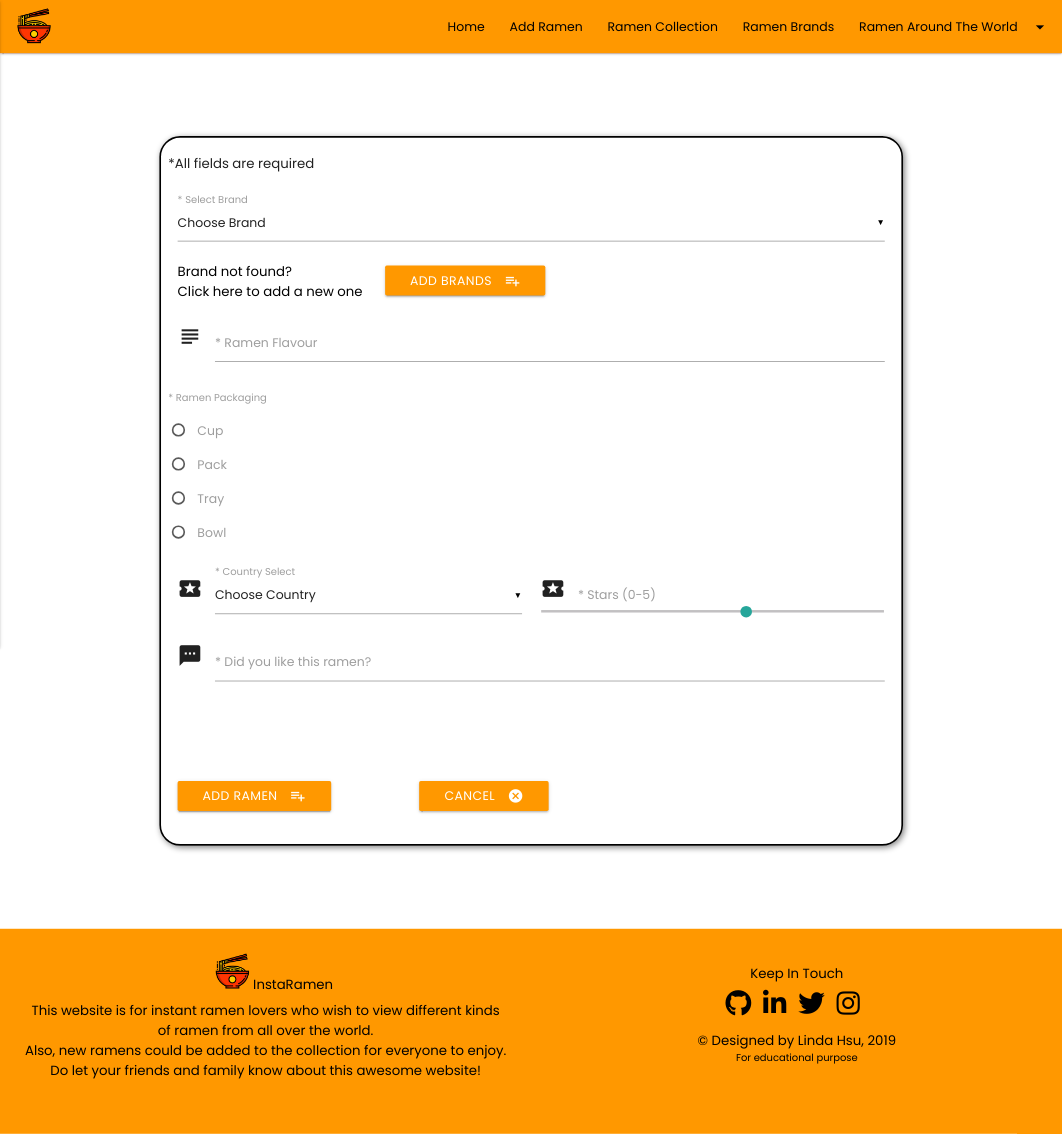
Repository: Paddlepop25/codeinstitute-insta-ramen
Page: templates/add_ramen.html
The author's editor kept a record of every edit. The page is drawn from the files as they stood at one moment, then again after the next edit.
The browser window is 1280 px wide. The pictures show the whole page, at 83% of full size.
Some web libraries are served in a nearby version. The page is served by the project's application, run on Flask 3 (app.py). The template is opened directly, without the code that normally fills it, so the values that code supplies are empty.

Above is the page before.

After the next edit:
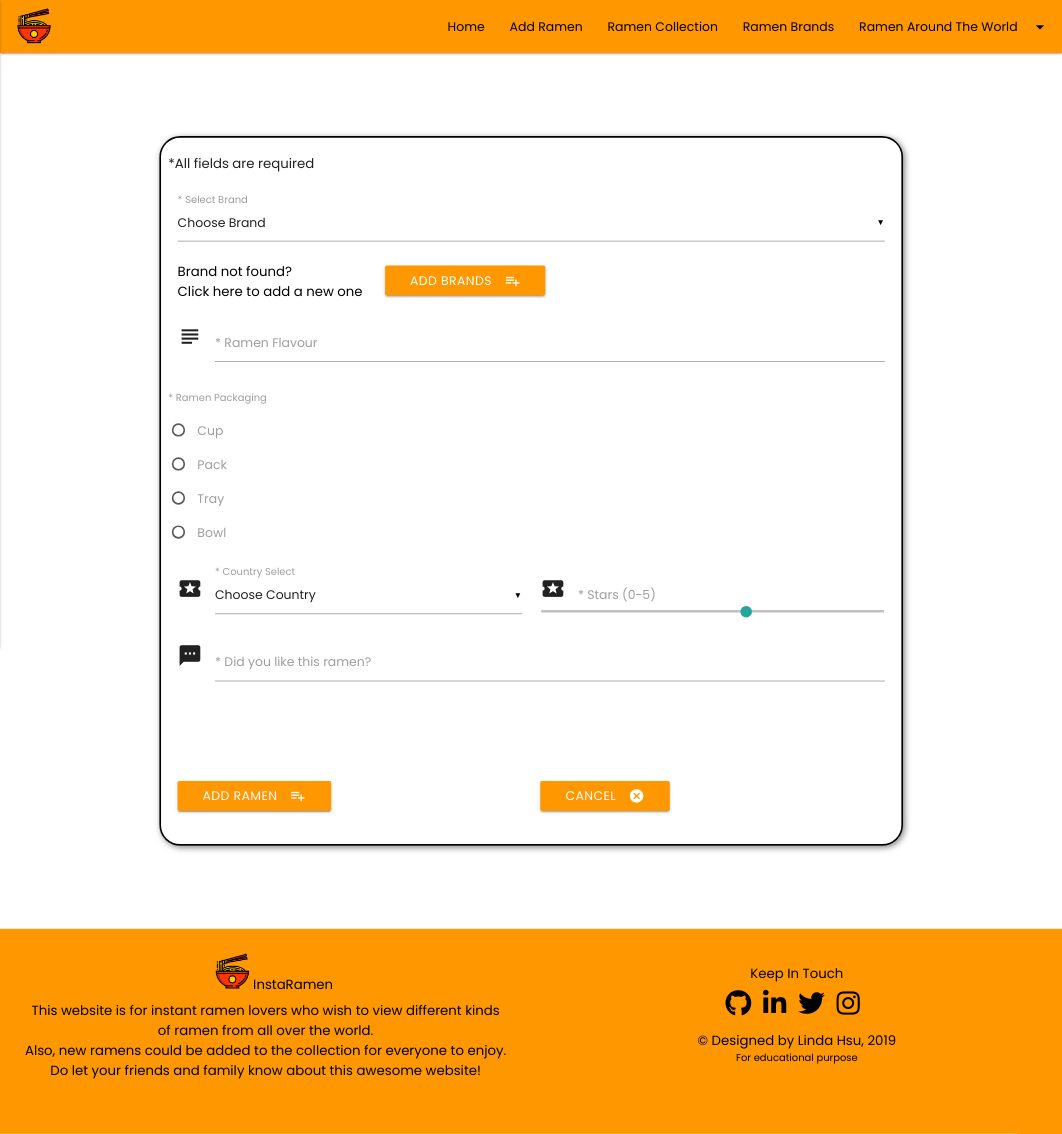
The edit:
--- a/templates/add_ramen.html
+++ b/templates/add_ramen.html
@@ -86,9 +86,9 @@
     </div>
 
     <div class="row select-submit">
-      <div class="col s12 m4">
-        <button class="btn waves-effect waves-light orange sf-but" type="submit" name="action">Add Ramen
-        <i class="material-icons right">playlist_add</i>
+      <div class="col s12 m6">
+        <button class="btn waves-effect waves-light orange sf-but" type="submit" name="action">
+          <i class="material-icons right">playlist_add</i>Add Ramen
       </button>
       </div>
       <div class="col s12 m4">
